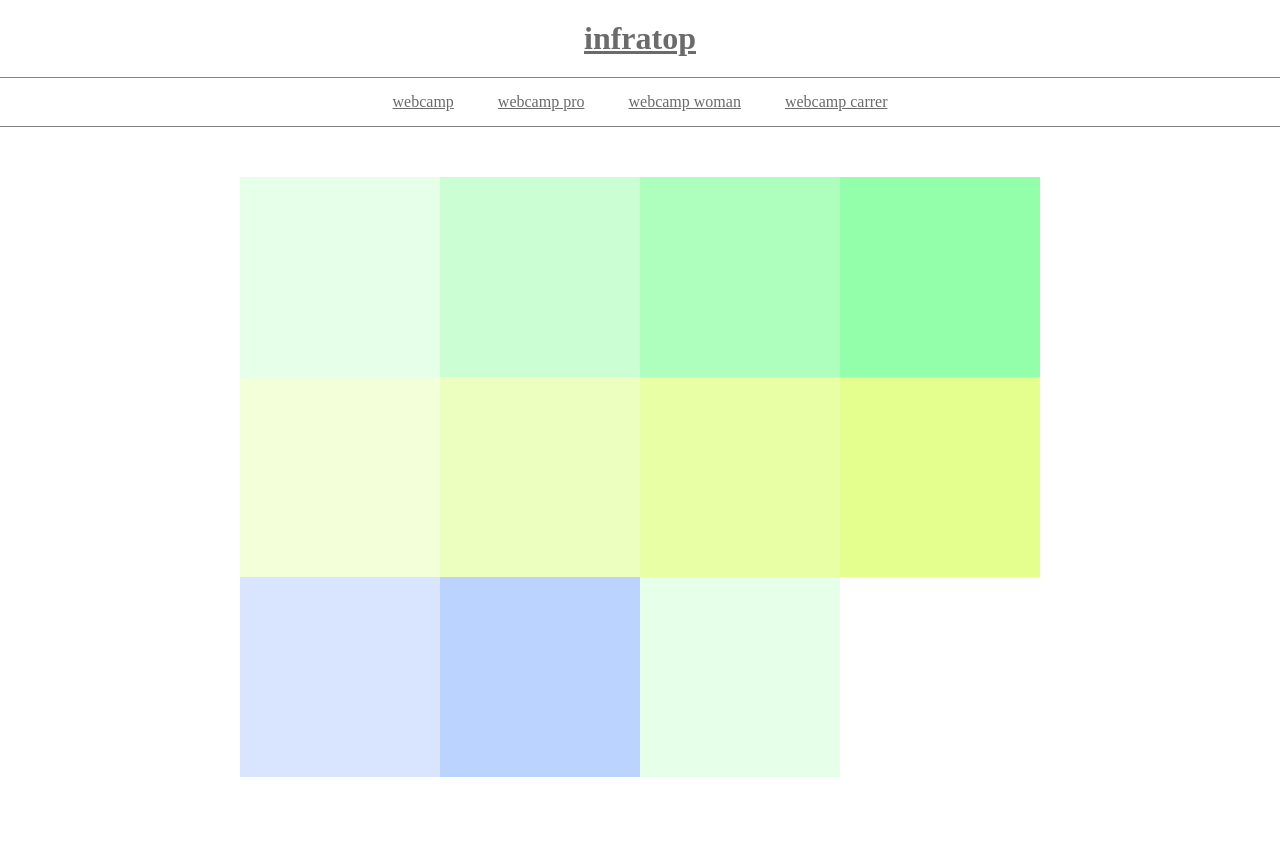
Repository: Raychel-310/chapter10
Page: chapter5_exercise/chapter5_exercise.html
The author's editor kept a record of every edit. The page is drawn from the files as they stood at one moment, then again after the next edit.
The browser window is 1280 px wide. The pictures show the whole page.

Above is the page before.

After the next edit:
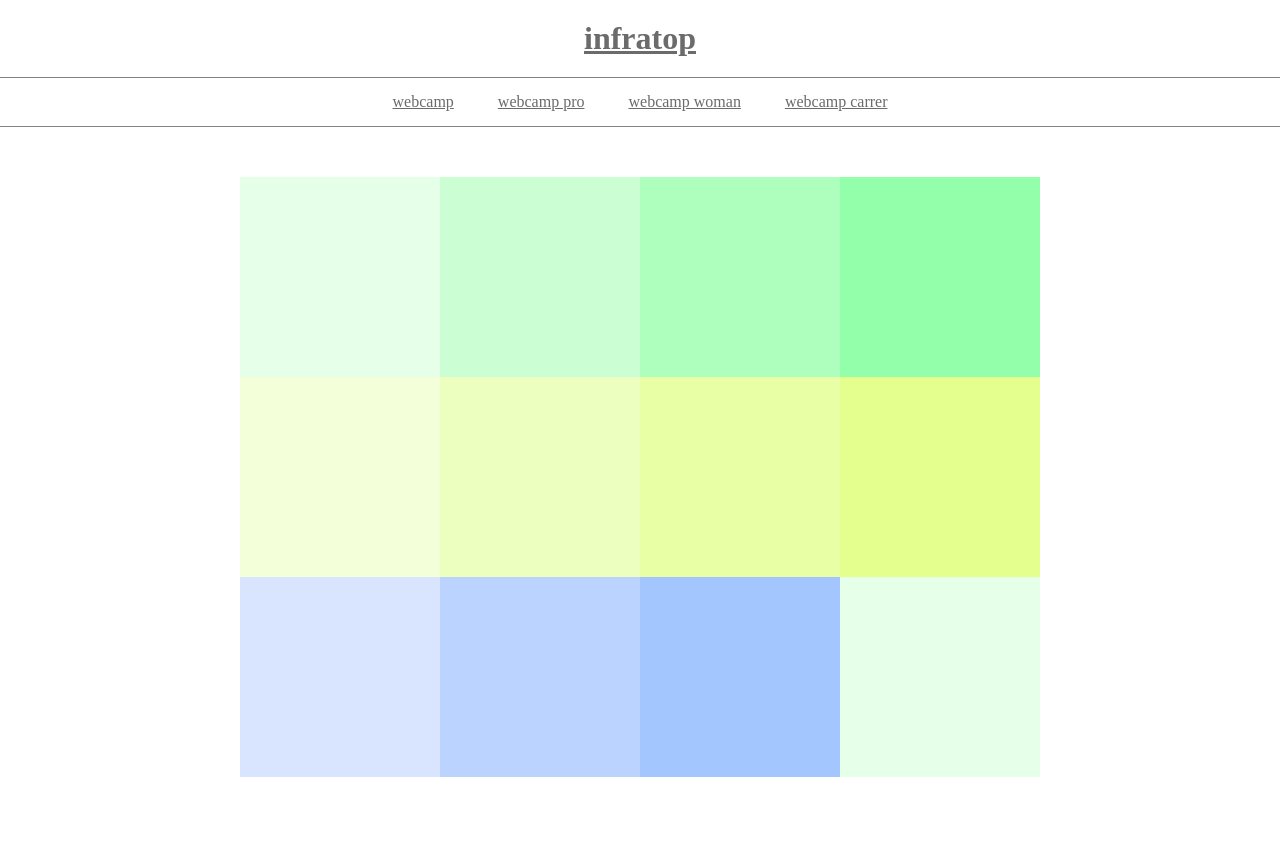
The edit:
--- a/chapter5_exercise/chapter5_exercise.css
+++ b/chapter5_exercise/chapter5_exercise.css
@@ -96,6 +96,12 @@
 .box11 {
   width: 200px;
   height: 200px;
+  background-color: #a4c6ff;
+}
+
+.box12 {
+  width: 200px;
+  height: 200px;
   background-color: #e6ffe9;
 }
 .footer-text {
